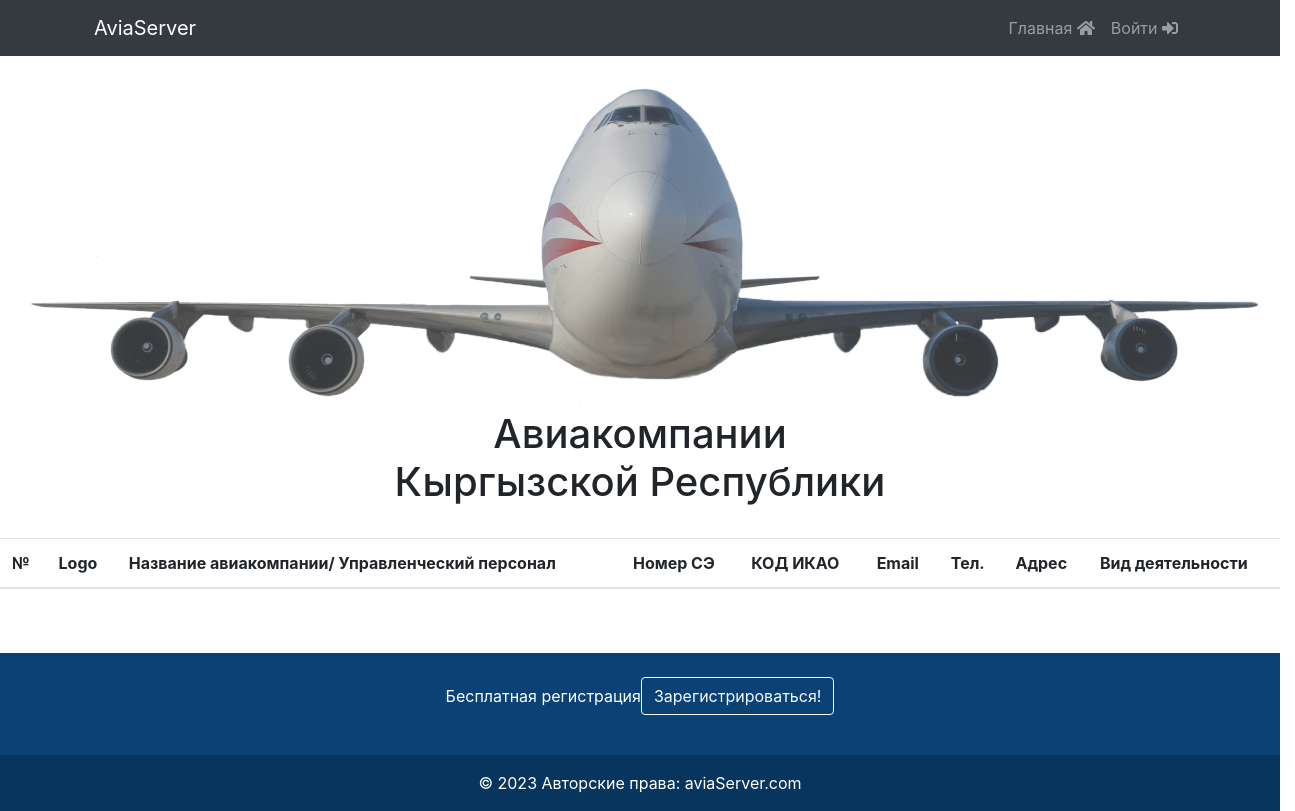
Repository: sulimonn/aviaServer
Page: products/templates/products/index.html
These files come from the project's save history. The page is drawn as it stood at one moment and after the next save; the edit follows.
The browser window is 1280 px wide. The page is 1295 px wide, so the pictures cover 1295 px, including what lies to the right of the window. The pictures show the whole page.
Some web libraries are served in a nearby version. The template is drawn by Django 4.2. The application's start-up code is not run. Other server files are loaded and not shown. The template is opened directly, without the code that normally fills it, so the values that code supplies are empty.

Above is the page before, as saved 2023-08-13 22:39:14.

### products/templates/products/index.html
{% extends 'products/base.html' %}
{% load static %}
{% block css %}
    <link href="{% static 'css/index.css' %}" rel="stylesheet"/>
{% endblock %}

{% block content  %}
<br><br>

<div class="position-relative">
    <img src="/media/img/carusel.png">
</div>
<div>
    <h1 align="center">Авиакомпании <br> Кыргызской Республики</h1>
    <br>
</div>
<table class="table">
  <thead>
    <tr>
      <th scope="col">№</th>
      <th scope="col">Logo</th>
      <th scope="col">Название авиакомпании/
Управленческий  персонал</th>
      <th scope="col">Номер СЭ</th>
      <th scope="col">КОД ИКАО</th>
      <th scope="col">Email</th>
      <th scope="col">Тел.</th>
      <th scope="col">Адрес</th>
      <th scope="col">Вид деятельности</th>


    </tr>
  </thead>
    {% for company in companies %}


  <tbody>
    <tr>
      <th scope="row">{{ company.id }}</th>
      <td><img class="card-img-top" src="/media/{{ company.image }}" ></td>
      <td>{{ company.name }}</td>
      <td>{{ company.number }}</td>
      <td>{{ company.code }}</td>
      <td>{{ company.email }}</td>
      <td>{{ company.phone1 }} {{ company.phone2 }}</td>
      <td>{{ company.address }}</td>
      <td>{{ company.kind_of_activity }}</td>
    </tr>

  </tbody>
    {% endfor %}
</table>


{% endblock %}

### products/templates/products/base.html
{% load static %}
<!DOCTYPE html>
<html lang="en">

<head>

    <meta charset="utf-8">
    <meta name="viewport" content="width=device-width, initial-scale=1, shrink-to-fit=no">
    <meta name="description" content="">
    <meta name="author" content="">

    <title>{{ title | title }}</title>

    <!-- Bootstrap core CSS -->
    <link href="{% static 'vendor/bootstrap/css/bootstrap.min.css' %}" rel="stylesheet">
    <link href="{% static 'css/auth.css' %}" rel="stylesheet"/>

    <script src="https://cdnjs.cloudflare.com/ajax/libs/font-awesome/5.15.1/js/all.min.js"
            crossorigin="anonymous"></script>
    <!-- Custom styles for this template -->
</head>

<body>

<!-- Navigation -->
<nav class="navbar navbar-expand-lg navbar-dark bg-dark fixed-top">
    <div class="container">
        <a class="navbar-brand" href="index.html">AviaServer</a>
        <button class="navbar-toggler" type="button" data-toggle="collapse" data-target="#navbarResponsive"
                aria-controls="navbarResponsive" aria-expanded="false" aria-label="Toggle navigation">
            <span class="navbar-toggler-icon"></span>
        </button>
        <div class="collapse navbar-collapse" id="navbarResponsive">
            <ul class="navbar-nav ml-auto">
                <li class="nav-item">
                    <a class="nav-link" href="#">Главная <i class="fas fa-home"></i> </a>
                </li>
                {% if user.is_authenticated %}
                <li class="nav-item">
                    <a class="nav-link" href="{% url 'users:profile' %}">{{ user.username }} <i class="fas fa-user-circle"></i>
                    </a>
                </li>
               <li class="nav-item">
                    <a class="nav-link" href="{% url 'users:logout' %}">Выйти <i class="fas fa-sign-out-alt"></i></a>
                </li>

                {% else %}
                <li class="nav-item">
                    <a class="nav-link" href="{% url 'users:login' %}">Войти <i class="fas fa-sign-in-alt"></i></a>
                </li>


                {% endif %}


            </ul>
        </div>
    </div>
</nav>
{% block content  %}
{% endblock %}
<br>
<br>
<!--footer-->
<section class="">
  <!-- Footer -->
  <footer class="text-center text-white" style="background-color: #0a4275;">
    <!-- Grid container -->
    <div class="container p-4 pb-0">
      <!-- Section: CTA -->
      <section class="">
        <p class="d-flex justify-content-center align-items-center">
          <span class="me-3">Бесплатная регистрация</span>
          <button type="button" class="btn btn-outline-light btn-rounded">
            Зарегистрироваться!
          </button>
        </p>
      </section>
      <!-- Section: CTA -->
    </div>
    <!-- Grid container -->

    <!-- Copyright -->
    <div class="text-center p-3" style="background-color: rgba(0, 0, 0, 0.2);">
      © 2023 Авторские права:
      <a class="text-white" href="https://mdbootstrap.com/">aviaServer.com</a>
    </div>
    <!-- Copyright -->
  </footer>
  <!-- Footer -->
</section>


<!-- Bootstrap core JavaScript -->
<script src="{% static 'vendor/jquery/jquery.min.js' %}"></script>
<script src="{% static 'vendor/bootstrap/js/bootstrap.bundle.min.js' %}"></script>

<!-- FontAwesome script -->
<script src="{% static 'vendor/fontawesome/fontawesome-icons.js' %}" crossorigin="anonymous"></script>

</body>

</html>

Loaded but not shown: static/css/auth.css (library)

After the next save:
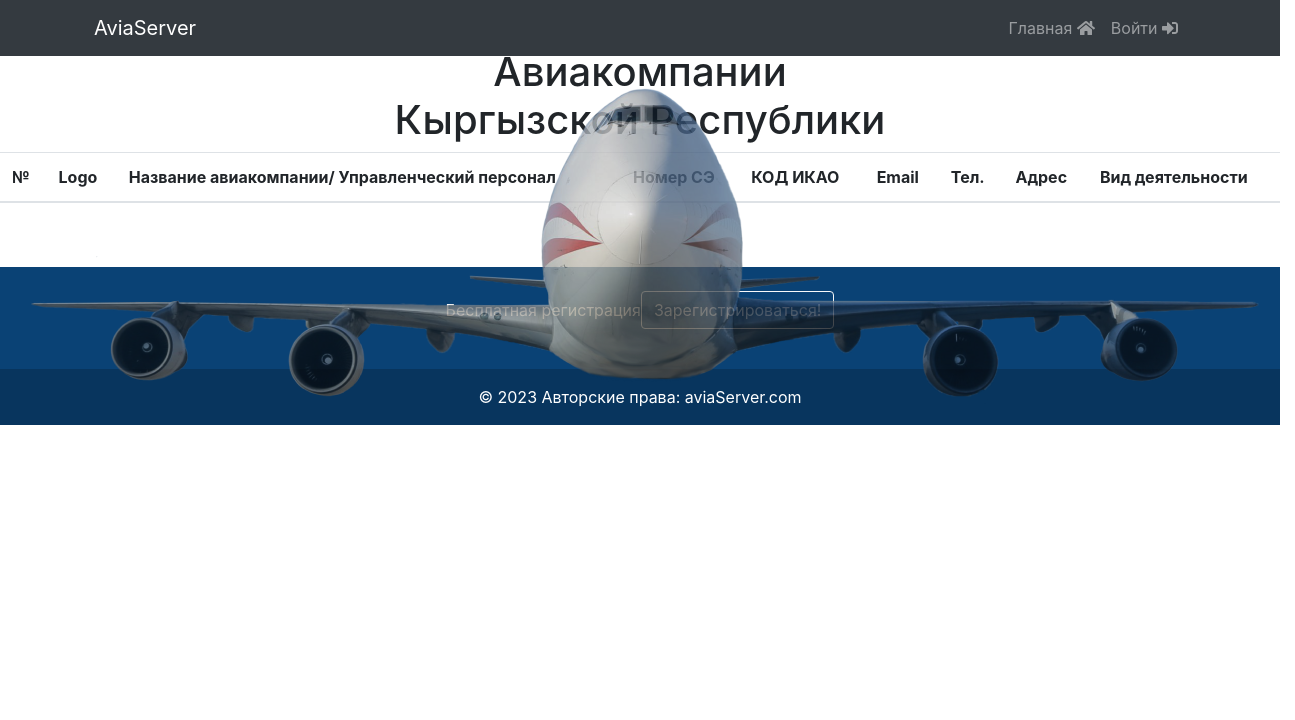
Saved 2 min 30 s later.
--- a/products/templates/products/index.html
+++ b/products/templates/products/index.html
@@ -8,11 +8,10 @@
 <br><br>
 
 <div class="position-relative">
-    <img src="/media/img/carusel.png">
+    <img class="position-absolute top-50 start-50 translate-middle" src="/media/img/carusel.png">
 </div>
 <div>
     <h1 align="center">Авиакомпании <br> Кыргызской Республики</h1>
-    <br>
 </div>
 <table class="table">
   <thead>
